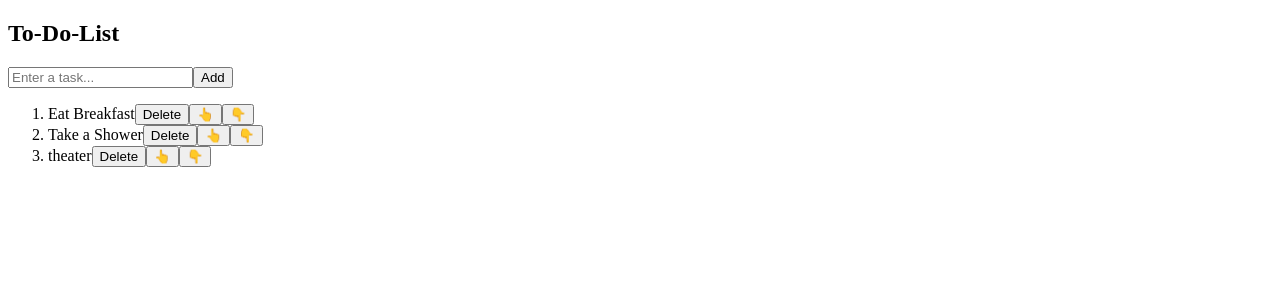
Repository: wakoya-tech/my-react-practice
Page: /
These files come from the project's save history. The page is drawn as it stood at one moment and after the next save; the edit follows.
The browser window is 1280 px wide. The pictures show the whole page.
The project was rebuilt for these pictures with package versions that can differ from the ones it lists, and the page was loaded fresh each time. Also part of the build but not shown: vite.config.js.

Above is the page before, as saved 2025-10-06 15:48:17.

After the next save:
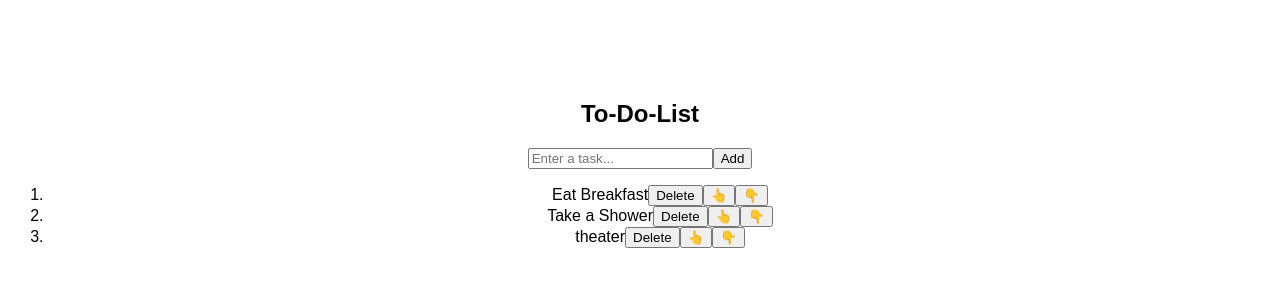
Saved 27 min 33 s later.
--- a/src/index.css
+++ b/src/index.css
@@ -1,45 +1,9 @@
-.color-picker-container{
-  display: flex;
-  flex-direction: column;
-  align-items: center;
-
-  padding: 10px;
+.to-do-list {
+  font-family: Arial, Helvetica, sans-serif;
+  text-align: center;
+  margin-top: 100px;
 
 }
 h1{
-  margin: 50px;
-  font-size: 3rem;
+
 }
-.color-display {
-  width: 180px;
-height: 180px;
-
-  display: flex;
-
-  justify-content: center;
-   align-items: center;
-  border: 1px solid rgb(84, 19, 236);
-  color: rgb(48, 43, 43);
-  background-color: rgb(82, 82, 197);
-
-border-radius: 25px;
-margin-bottom: 25px;
-transition: 0.25s ease;
-}
-.color-display{
-  color: hsl(0,0%,20%);
-  font-weight: bold;
-  text-align: center;
-}
-label{
-  font-size: 1.5rem;
-  font-weight: bold;
-  margin-bottom: 10px;
-}
-input[type="color"]{
-  width: 75px;
-  height: 50px;
-  padding: 5px;
-  border-radius: 10px;
-  border: 3px hsl(0,0%,80%));
-}
